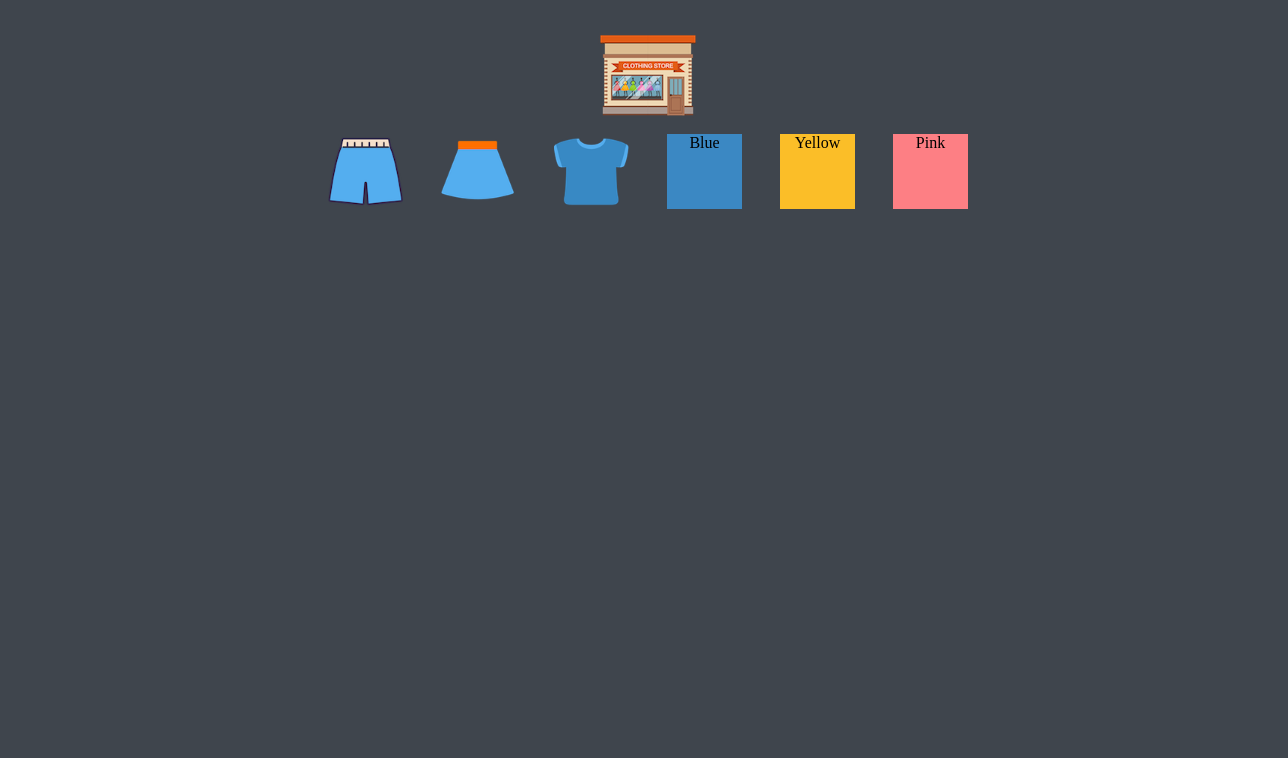
Repository: Jay-JYKim91/elle-shopping-mall
Page: index.html
These files come from the project's save history. The page is drawn as it stood at one moment and after the next save; the edit follows.
The browser window is 1280 px wide. The page is 1288 px wide, so the pictures cover 1288 px, including what lies to the right of the window. The pictures show the whole page.

Above is the page before, as saved 2021-07-26 19:33:16.

After the next save:
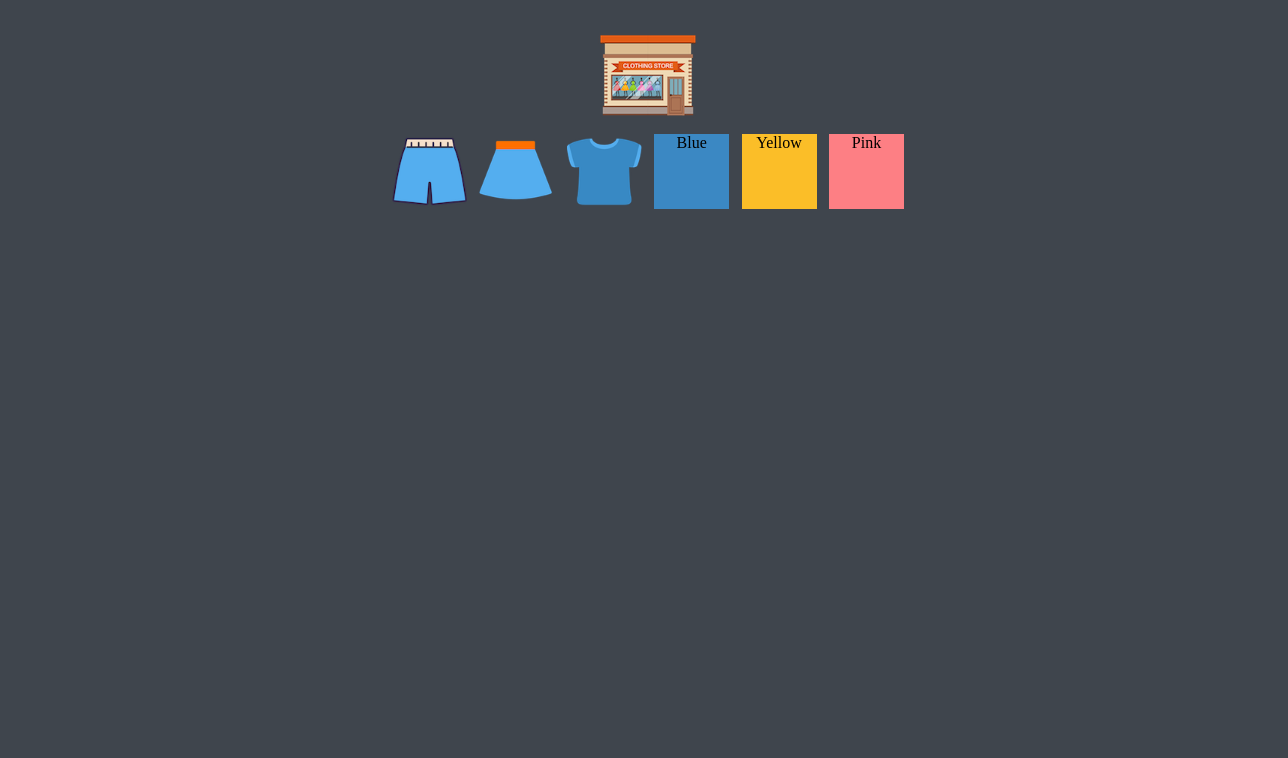
Saved 32 s later.
--- a/style.css
+++ b/style.css
@@ -18,7 +18,7 @@ body {
 }
 .container {
   text-align: center;
-  width: 50vw;
+  width: 40vw;
   height: 70vh;
   margin: 30px auto;
 }
